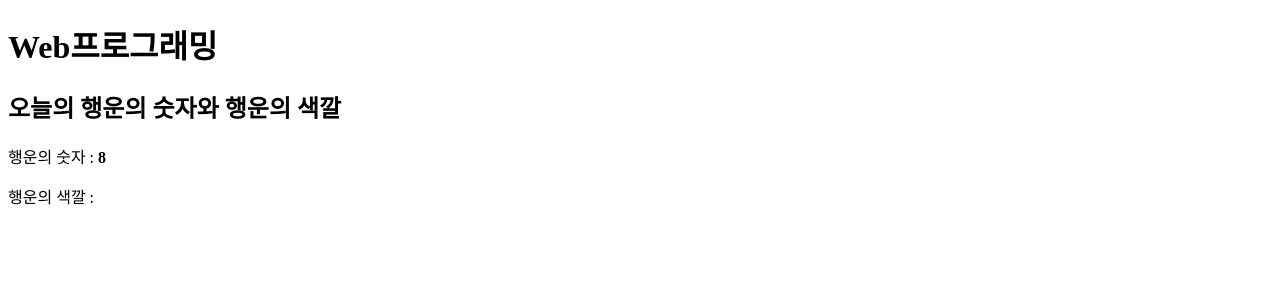
Repository: mickey530/jsp_practice
Page: http://localhost/JSPBasic/JspTag/TagQ01.jsp
These files come from the project's save history. The page is drawn as it stood at one moment and after the next save; the edit follows.
The browser window is 1280 px wide. The pictures show the whole page.
The page is served by Tomcat 9.

Above is the page before, as saved 2022-01-28 05:30:03.

### JSPBasic/src/main/webapp/JspTag/TagQ01.jsp
<%@ page language="java" contentType="text/html; charset=UTF-8"
    pageEncoding="UTF-8"%>
<!DOCTYPE html>
<html>
<head>
<meta charset="UTF-8">
<title>Insert title here</title>
</head>
<body>
<%!
	// Declaration 내부에
	// 1 ~ 10 범위의 난수를 리턴하는 메서드
	// int randomNumber() 를 선언해주세요.
	int randomNumber(){
		// 정수 1 ~ 10 까지 발생시켜서 리턴하도록 로직 작성
		return (int)(Math.random()*10 + 1);
}
	String randomColor(){
		double i = (int)(Math.random()*3);
		if(i < 1){
			return "red";
		} else if(i < 2){
			return "yello";
		} else{
			return "green";
		}
	}

%>

<%
%>
<h1>Web프로그래밍</h1>

<h2>오늘의 행운의 숫자와 행운의 색깔</h2>
<p>행운의 숫자 : <b><%= randomNumber() %></b></p>
행운의 색깔 :
</body>
</html>

After the next save:
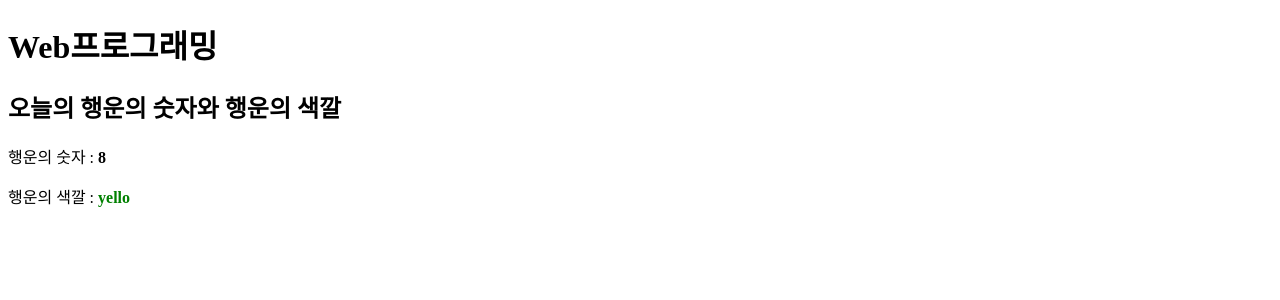
Saved 103 s later.
--- a/JSPBasic/src/main/webapp/JspTag/TagQ01.jsp
+++ b/JSPBasic/src/main/webapp/JspTag/TagQ01.jsp
@@ -34,6 +34,6 @@
 
 <h2>오늘의 행운의 숫자와 행운의 색깔</h2>
 <p>행운의 숫자 : <b><%= randomNumber() %></b></p>
-행운의 색깔 :
+<p>행운의 색깔 : <b style="color:<%= randomColor() %>"><%= randomColor() %></b></p>
 </body>
 </html>
